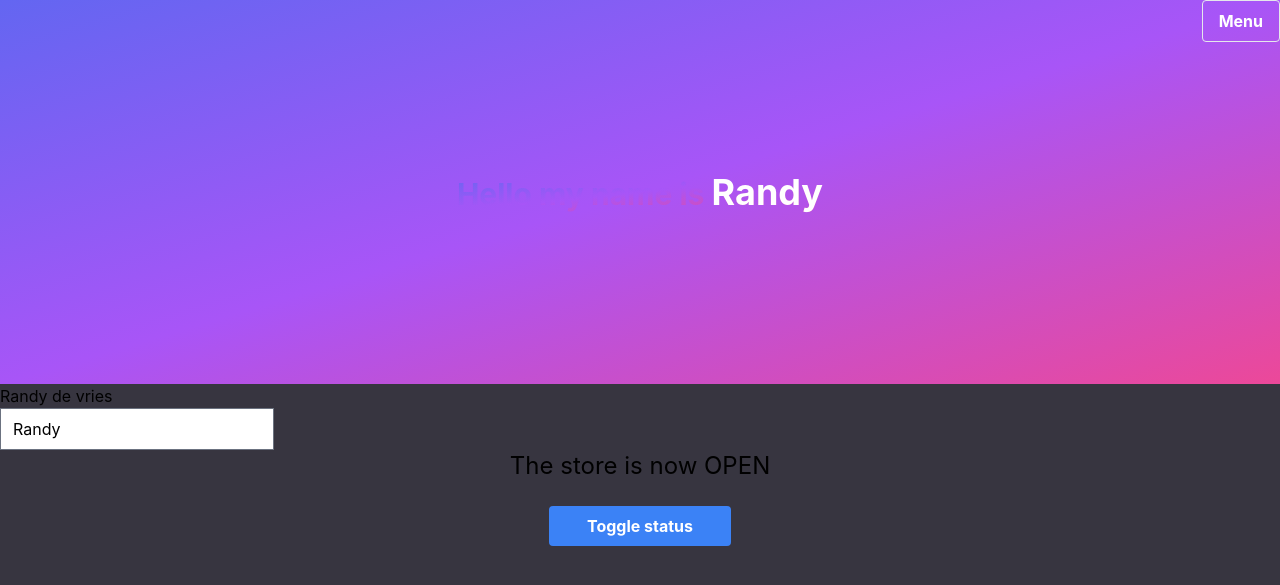
Repository: Freezler/az-900_svelte5
Page: /
The author's editor kept a copy of each file at every save. The page is drawn from the files as they stood at one save, then again after a run of saves.
The browser window is 1280 px wide. The pictures show the whole page.
The project was rebuilt for these pictures with package versions that can differ from the ones it lists, and the page was loaded fresh each time. The framework's server and built-in components were replaced by stand-ins that run in the browser. Also part of the build but not shown: vite.config.ts.

Above is the page before, as saved 2024-11-02 13:30:53.

After the next 3 saves:
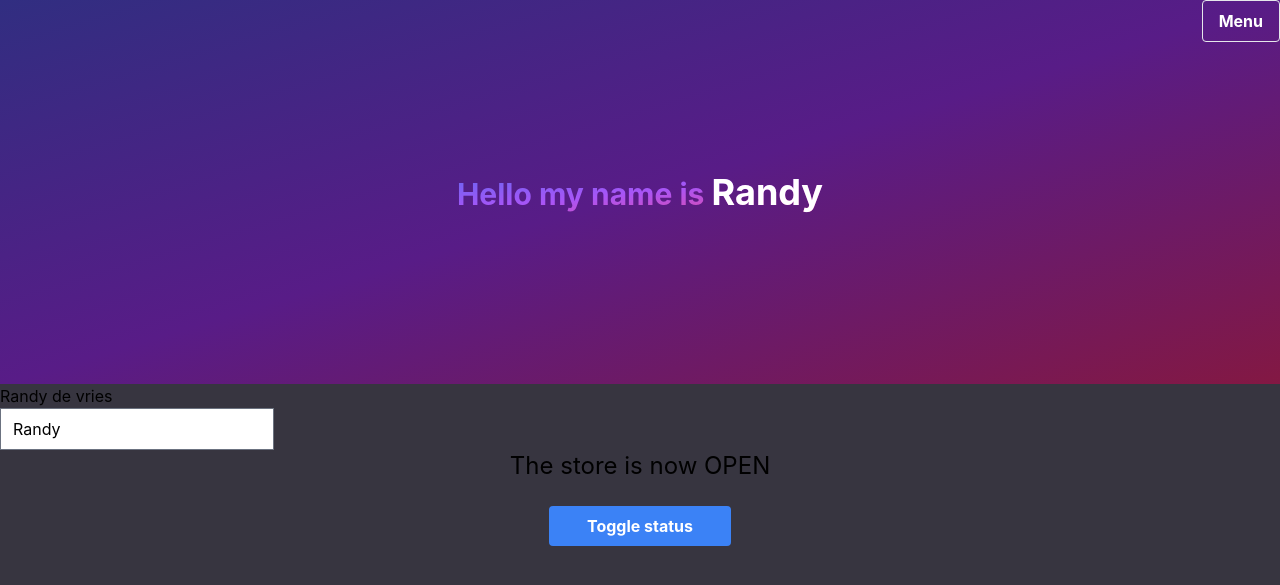
The 3 saves are shown as one change because they came seconds apart.
The last was saved 27 s later.
--- a/src/routes/Header.svelte
+++ b/src/routes/Header.svelte
@@ -3,7 +3,7 @@
 </script>
 
 <div
-	class="grid h-96 place-items-center bg-gradient-to-br from-indigo-500 via-purple-500 to-pink-500"
+	class="grid h-96 place-items-center bg-gradient-to-br from-indigo-900 via-purple-900 to-pink-900"
 >
 	<h1
 		class="bg-gradient-to-br from-indigo-500 via-purple-500 to-pink-500 bg-clip-text text-3xl font-bold text-transparent"
